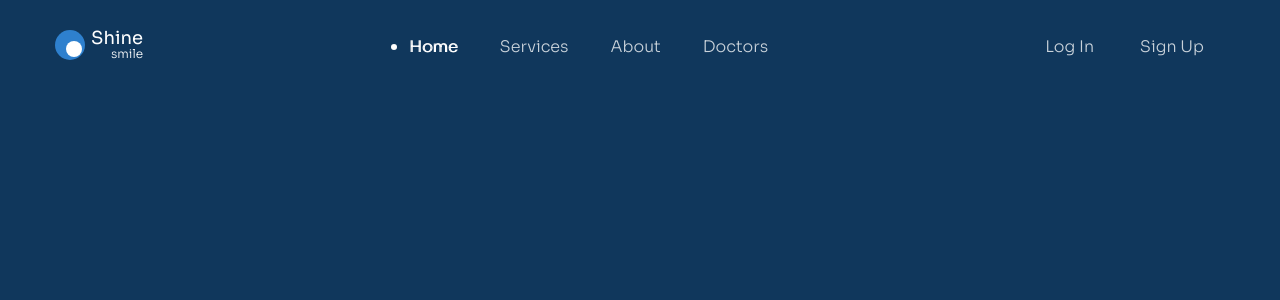
Repository: Tran-Dat/F8_Project_03
Page: index.html
The author's editor kept a copy of each file at every save. The page is drawn from the files as they stood at one save, then again after the next save.
The browser window is 1280 px wide. The pictures show the whole page.

Above is the page before, as saved 2023-04-03 09:49:26.

### index.html
<!DOCTYPE html>
<html lang="en">
    <head>
        <meta charset="UTF-8" />
        <meta http-equiv="X-UA-Compatible" content="IE=edge" />
        <meta name="viewport" content="width=device-width, initial-scale=1.0" />
        <title>shine smile</title>

        <!-- Favicon -->
        <link rel="apple-touch-icon" sizes="57x57" href="./assets/favicon/" />
        <link
            rel="apple-touch-icon"
            sizes="60x60"
            href="./assets/favicon/apple-icon-60x60.png"
        />
        <link
            rel="apple-touch-icon"
            sizes="72x72"
            href="./assets/favicon/apple-icon-72x72.png"
        />
        <link
            rel="apple-touch-icon"
            sizes="76x76"
            href="./assets/favicon/apple-icon-76x76.png"
        />
        <link
            rel="apple-touch-icon"
            sizes="114x114"
            href="./assets/favicon/apple-icon-114x114.png"
        />
        <link
            rel="apple-touch-icon"
            sizes="120x120"
            href="./assets/favicon/apple-icon-120x120.png"
        />
        <link
            rel="apple-touch-icon"
            sizes="144x144"
            href="./assets/favicon/apple-icon-144x144.png"
        />
        <link
            rel="apple-touch-icon"
            sizes="152x152"
            href="./assets/favicon/apple-icon-152x152.png"
        />
        <link
            rel="apple-touch-icon"
            sizes="180x180"
            href="./assets/favicon/apple-icon-180x180.png"
        />
        <link
            rel="icon"
            type="image/png"
            sizes="192x192"
            href="./assets/favicon/android-icon-192x192.png"
        />
        <link
            rel="icon"
            type="image/png"
            sizes="32x32"
            href="./assets/favicon/favicon-32x32.png"
        />
        <link
            rel="icon"
            type="image/png"
            sizes="96x96"
            href="./assets/favicon/favicon-96x96.png"
        />
        <link
            rel="icon"
            type="image/png"
            sizes="16x16"
            href="./assets/favicon/favicon-16x16.png"
        />
        <link rel="manifest" href="./assets/favicon/manifest.json" />
        <meta name="msapplication-TileColor" content="#ffffff" />
        <meta
            name="msapplication-TileImage"
            content="./assets/favicon/ms-icon-144x144.png"
        />
        <meta name="theme-color" content="#ffffff" />

        <!-- Emmet Fonts -->
        <link rel="preconnect" href="https://fonts.googleapis.com" />
        <link rel="preconnect" href="https://fonts.gstatic.com" crossorigin />
        <link
            href="https://fonts.googleapis.com/css2?family=Sora:wght@300;400;500;600;700;800&display=swap"
            rel="stylesheet"
        />

        <!-- Reset Css -->
        <link rel="stylesheet" href="./assets/css/reset.css" />
        <link rel="stylesheet" href="./assets/css/style.css" />
    </head>
    <body>
        <header class="header">
            <div class="container">
                <div class="header-top">
                    <!-- Logo -->
                    <a href="/">
                        <div class="logo">
                            <span class="logo__circle"> </span>
                            <span class="logo__text">
                                <span class="logo__brand">Shine</span>
                                <span class="logo__brand logo__brand--small">
                                    smile
                                </span>
                            </span>
                        </div>
                    </a>

                    <!-- NavBar -->
                    <nav class="navbar">
                        <ul class="navbar__list">
                            <li class="navbar__item">
                                <a
                                    href="#!"
                                    class="navbar__link navbar__item--active"
                                >
                                    Home
                                </a>
                            </li>
                            <li class="navbar__item">
                                <a href="#!" class="navbar__link">Services</a>
                            </li>
                            <li class="navbar__item">
                                <a href="#!" class="navbar__link">About</a>
                            </li>
                            <li class="navbar__item">
                                <a href="#!" class="navbar__link">Doctors</a>
                            </li>
                        </ul>
                    </nav>

                    <!-- Action -->
                    <div class="action">
                        <a href="" class="action__btn">Log In</a>
                        <a href="" class="btn action__btn">Sign Up</a>
                    </div>
                </div>
            </div>
        </header>
    </body>
</html>

### assets/css/style.css
* {
    box-sizing: border-box;
}

:root {
    --header-bg: #10375c;
}

html {
    font-size: 62.5%;
}

body {
    font-size: 1.6rem;
    font-family: "Sora", sans-serif;
}

/* ================================================================ Common ================================================================ */

a {
    text-decoration: none;
}

.container {
    width: 1170px;
    max-width: calc(100% - 48px);
    margin: 0 auto;
}

/* ================================================================ Header ================================================================ */

.header {
    min-height: 100vh;
    background: var(--header-bg);
    padding-top: 30px;
}

.header-top {
    display: flex;
    justify-content: space-between;
    align-items: center;
}

.logo {
    display: inline-flex;
    position: relative;
    font-size: 1rem;
}

.logo__circle::before,
.logo__circle::after {
    content: "";
    display: inline-block;
    border-radius: 50%;
}

.logo__circle::before {
    width: 3em;
    height: 3em;
    background: #2e80ce;
}

.logo__circle::after {
    position: absolute;
    top: 1.1em;
    left: 1.1em;
    width: 1.6em;
    height: 1.6em;
    background: #fff;
}

.logo__text {
    margin-left: 0.6em;
    text-align: right;
    line-height: 1.6em;
}

.logo__brand {
    display: block;
    font-size: 1.8em;
    font-weight: 400;
    color: #fff;
}

.logo__brand--small {
    font-size: 1.2em;
    font-weight: 300;
}

.navbar__list {
    display: flex;
}

.action__btn,
.navbar__link {
    padding: 4px 21px;
    font-weight: 300;
    font-size: 1.6rem;
    line-height: 1.75;
    color: #c9d2da;
}

.navbar__link:hover,
.navbar__item--active {
    text-shadow: 1px 0 0 currentColor;
    color: #fff;
}

.navbar__item--active::before {
    position: relative;
    left: -8px;
    top: -2px;
    content: "";
    display: inline-block;
    width: 6px;
    height: 6px;
    border-radius: 50%;
    background-color: #fff;
}

Loaded but not shown: assets/css/reset.css (common file)

After the next save:
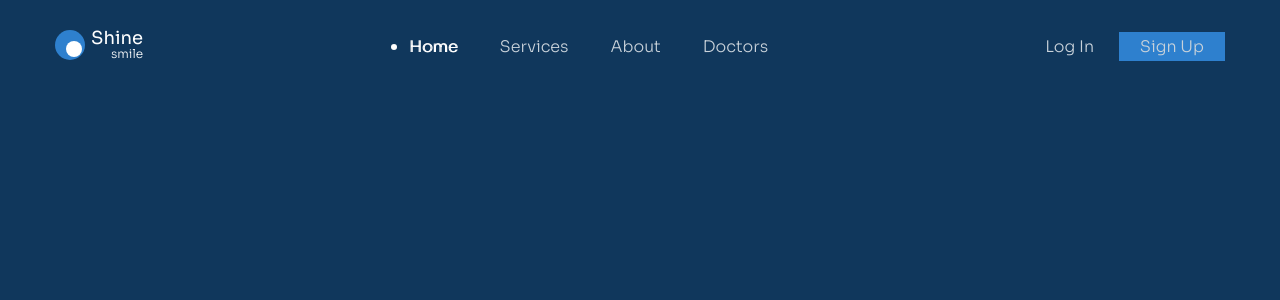
Saved 59 s later.
--- a/assets/css/style.css
+++ b/assets/css/style.css
@@ -16,6 +16,11 @@ body {
 }
 
 /* ================================================================ Common ================================================================ */
+
+.btn {
+    color: #fff;
+    background: #2e80ce;
+}
 
 a {
     text-decoration: none;
